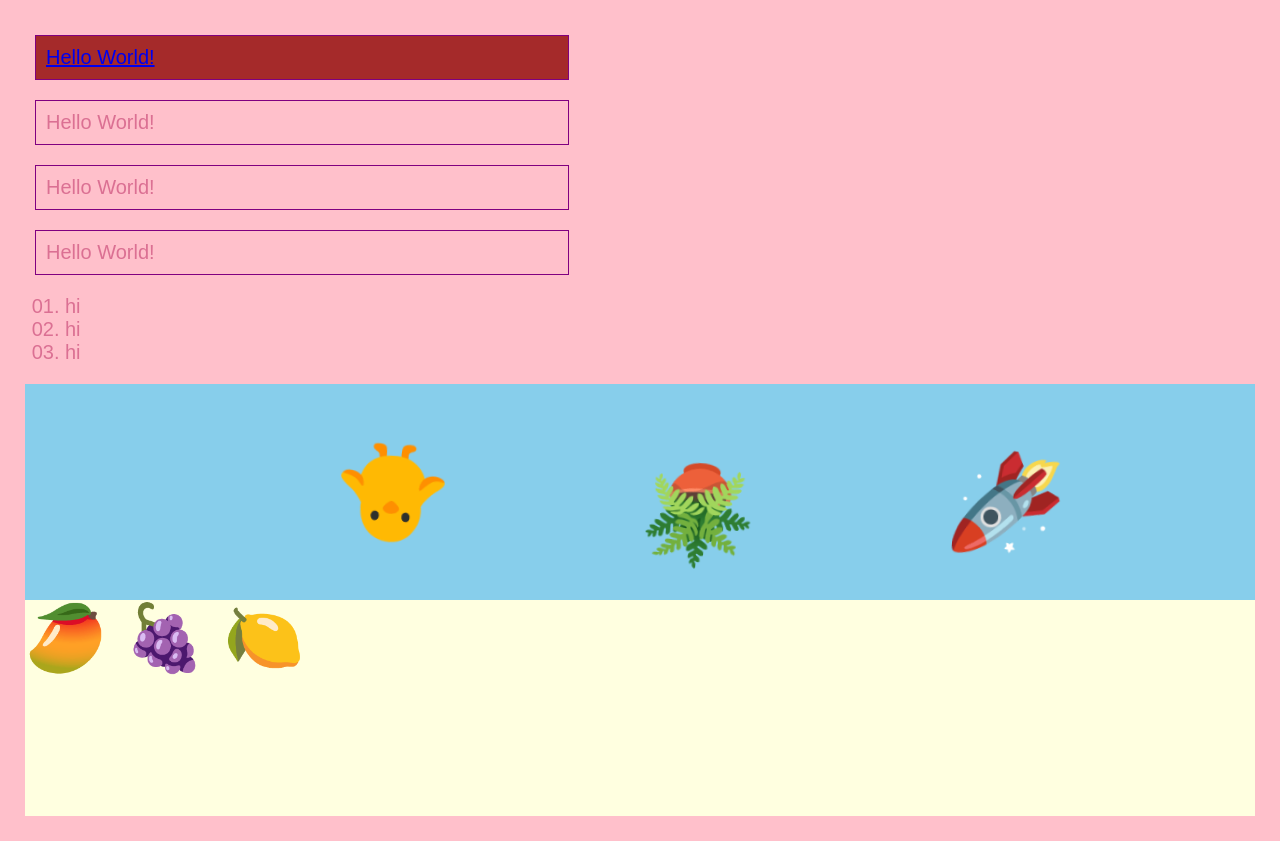
Repository: j1s00jang/MDIA-2109
Page: index2.html
The author's editor kept a copy of each file at every save. The page is drawn from the files as they stood at one save, then again after the next save.
The browser window is 1280 px wide. The pictures show the whole page.

Above is the page before, as saved 2025-02-24 10:35:35.

After the next save:
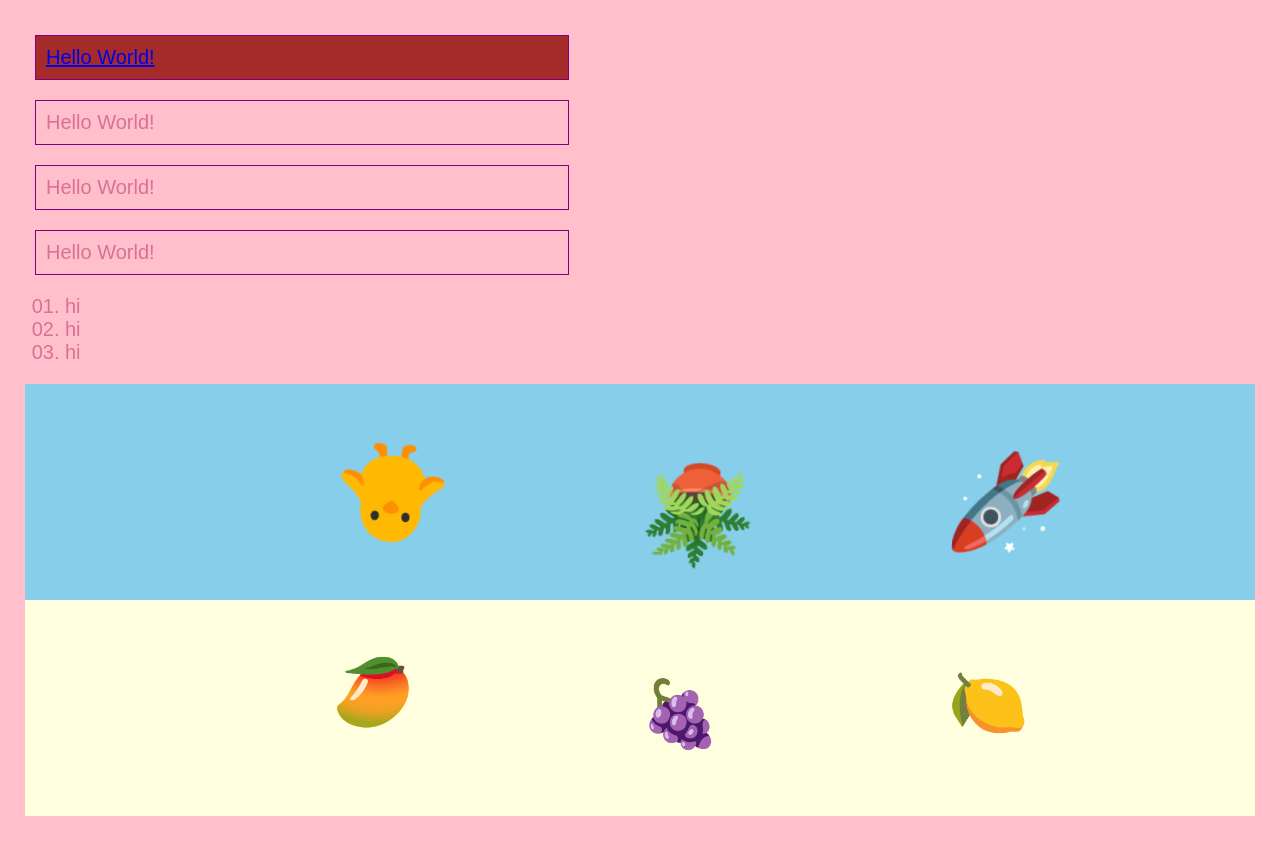
Saved 29 s later.
--- a/css/style.css
+++ b/css/style.css
@@ -118,10 +118,17 @@ ul {
 }
 
 
+.css__spinner,
+.js__spinner {
+    position: absolute;
+}
+
+
 .css__spinner {
-    position: absolute;
     animation: makeItSpin 3s ease-in infinite;
 }
+
+
 
 .spin { left: 25%; top: 25%; }
 .moreSpin { left: 50%; top: 35%; }
